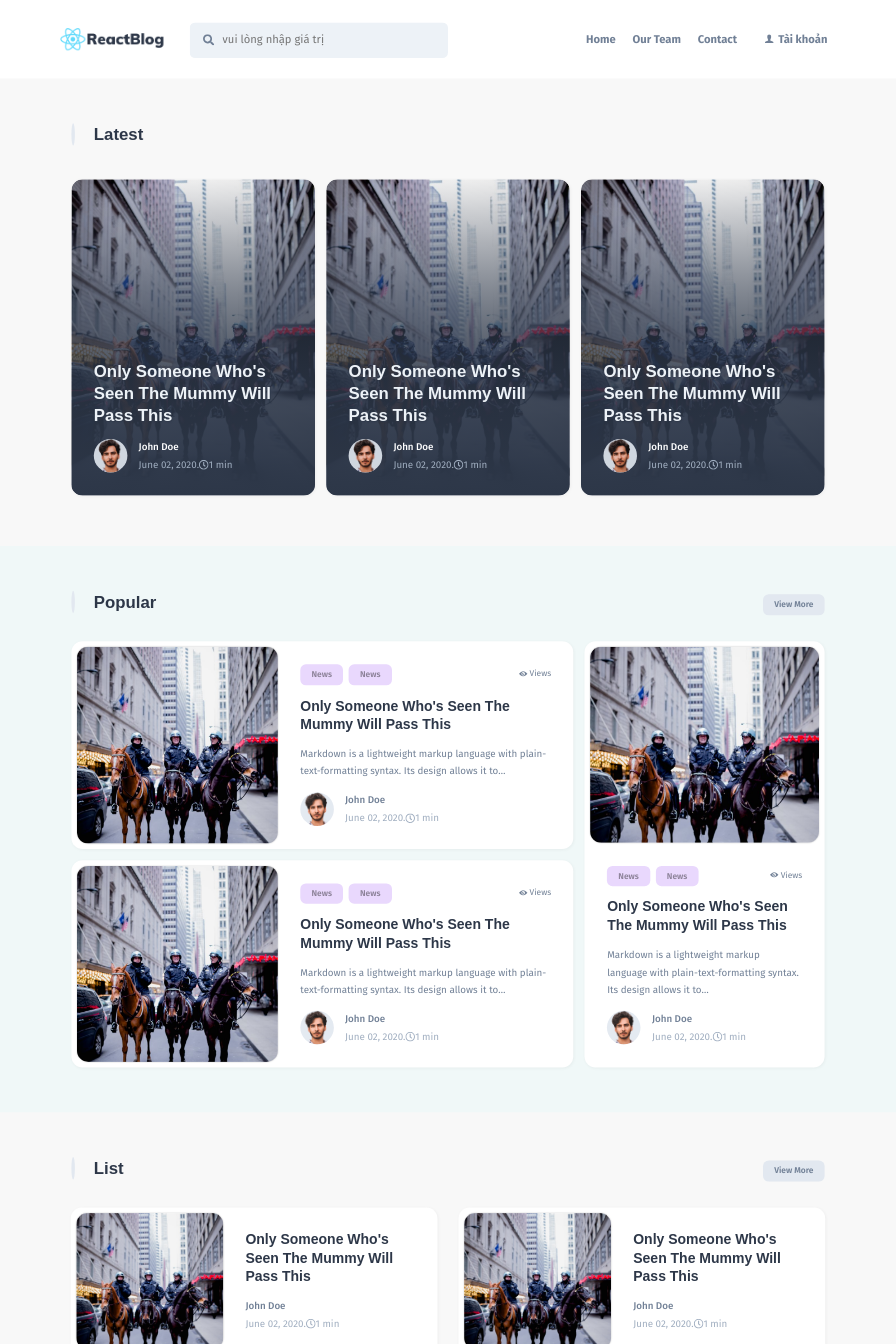
Repository: khuong30082000/Project-by-khuong
Page: /
The author's editor kept a copy of each file at every save. The page is drawn from the files as they stood at one save, then again after the next save.
The browser window is 1280 px wide. The pictures show the part of the page from y = 0 to 1920 px (the page is 2666 px tall before and 2903 px after), at 70% of full size.
The page's requests for data from a server got no answer. Some web fonts or font styles are not loaded; a fallback is used. The project was rebuilt for these pictures with package versions that can differ from the ones it lists, and the page was loaded fresh each time. No one was signed in, and anything a server would have sent is missing. Also part of the build but not shown: src/pages/LoginPage/login.css, src/pages/LoginPage/index.js, src/pages/RegisterPage.js, src/pages/SearchPage.js, src/components/PostDetail/comments.css, src/components/PostDetail/PostDetailComments.js, src/components/PostDetail/PostDetailRichText.js, src/components/PostDetail/PostDetailTags.js and 10 more.

Above is the page before, as saved 2022-04-11 19:58:39.

After the next save:
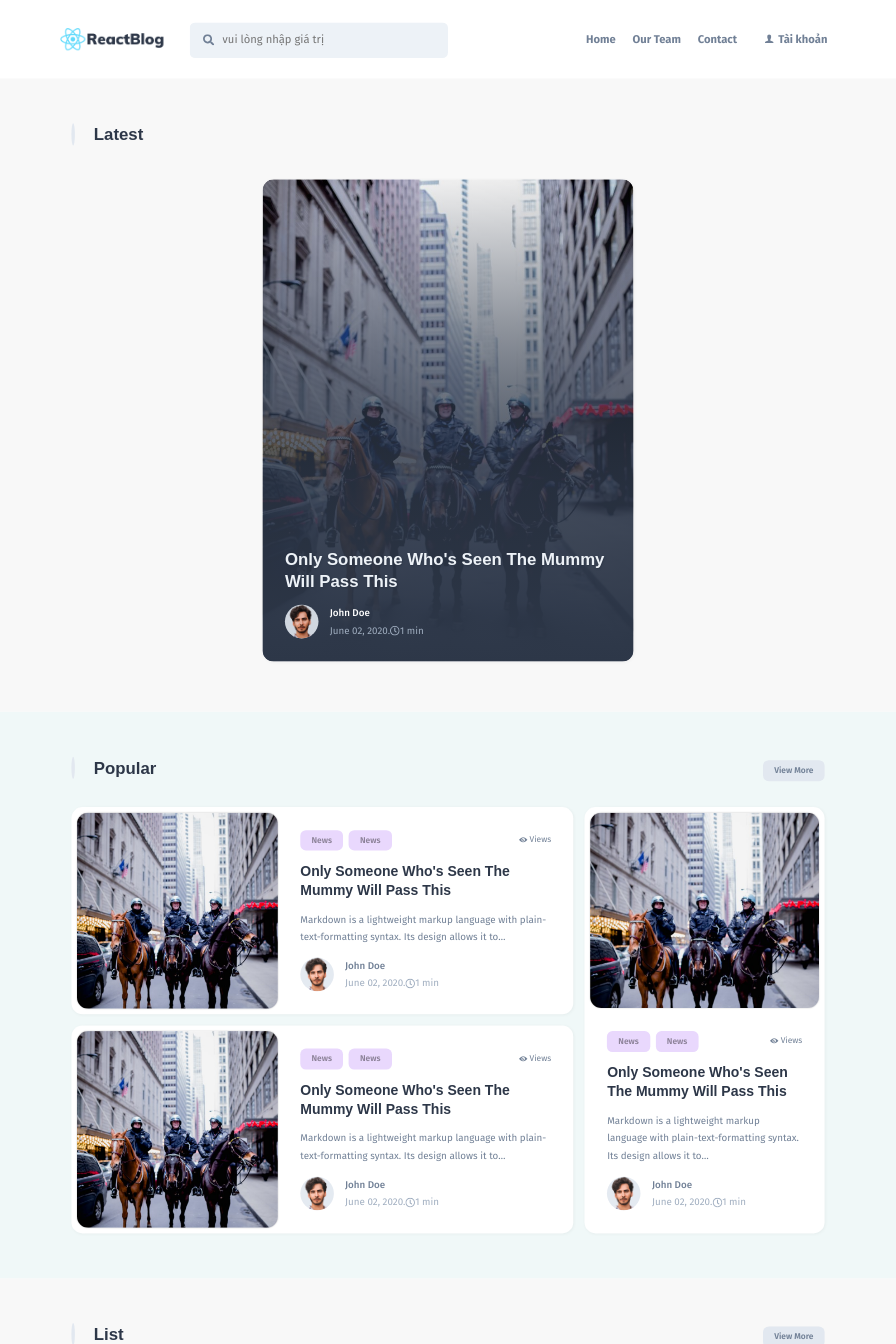
Saved 2 min 51 s later.
--- a/src/components/ArticleLatest/index.js
+++ b/src/components/ArticleLatest/index.js
@@ -18,14 +18,10 @@ function ArticleLatest() {
           </div>
           {/* End Latest news card */}
           {/* Latest news card */}
-          <div className="latest-news__card">
-            <ArticleItems />
-          </div>
+
           {/* End Latest news card */}
           {/* Latest news card */}
-          <div className="latest-news__card">
-            <ArticleItems />
-          </div>
+
           {/* End Latest news card */}
         </div>
         {/* End Latest News List */}
